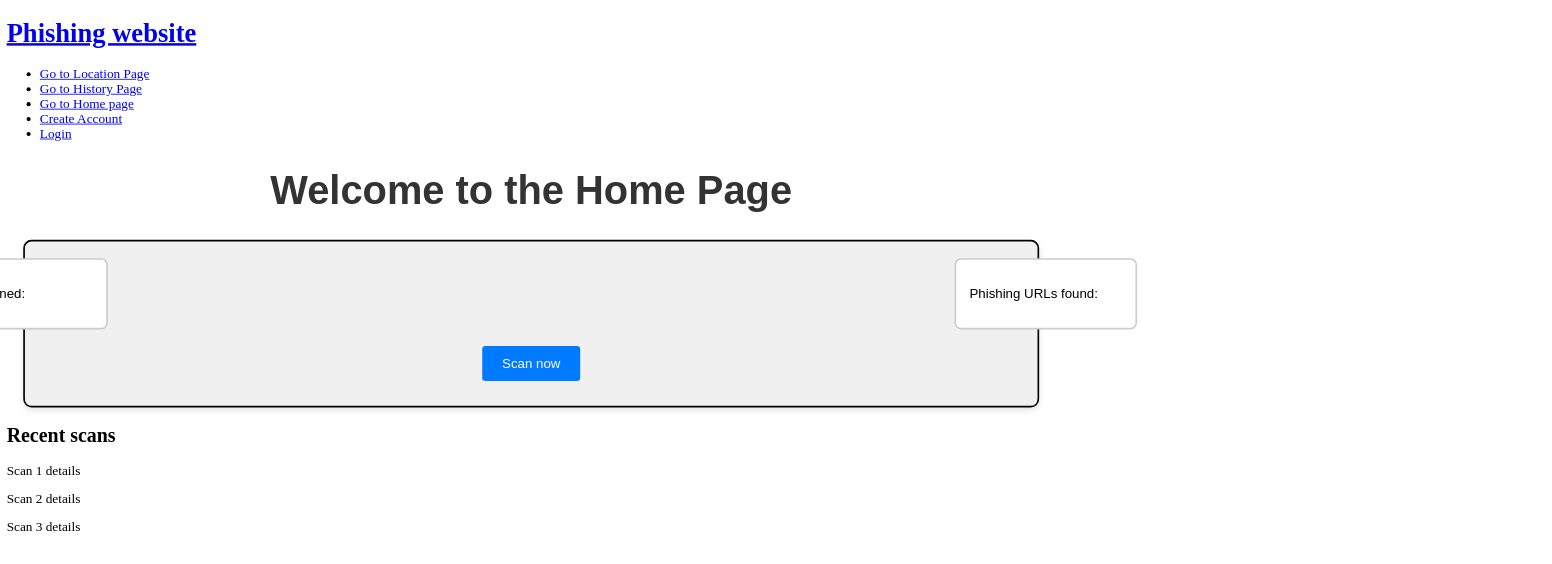
Repository: 2305199/Final-year-project
Page: / (app in frontend/)
These files come from the project's save history. The page is drawn as it stood at one moment and after the next save; the edit follows.
The browser window is 1280 px wide. The page is 1870 px wide, then 1470 px, so the pictures cover 1870 px, including what lies to the right of the window. The pictures show the whole page, at 83% of full size.
The project was rebuilt for these pictures with package versions that can differ from the ones it lists, and the page was loaded fresh each time. Also part of the build but not shown: frontend/vite.config.js, frontend/src/Location/Location.jsx, frontend/src/History/History.jsx, frontend/src/User/CreateAccount.jsx, frontend/src/User/Login.jsx.

Above is the page before, as saved 2026-01-29 01:24:43.

### frontend/src/App.jsx
import { BrowserRouter as Router, Routes, Route } from 'react-router-dom';
import Home from './Home/Home.jsx'
import Location from './Location/Location.jsx'
import History from './History/History.jsx'
import CreateAccount from './User/CreateAccount.jsx'
import Login from './User/Login.jsx'
import Header from './components/Header.jsx'

function App() {

  return (
    <Router>
    <Header />
   <Routes>
      <Route path="/" element={<Home />} />
      <Route path="/location" element={<Location />} />
      <Route path="/history" element={<History />} />
      <Route path="/createAccount" element={<CreateAccount />} />
      <Route path="/login" element={<Login />} />
   </Routes>
    </Router>
  )
}

export default App

### frontend/src/Home/Home.jsx
import styles from './Home.module.css'
function Home() {
    return ( <div>
        <div className={styles.title}> <h1>Welcome to the Home Page</h1></div>


<div className={styles.Box}>
  <div className={styles.topRow}>
    <div className={styles.Lscanned}>
      <p>Last Scanned:</p>
    </div>

    <div className={styles.Pfound}>
      <p>Phishing URLs found:</p>
    </div>
  </div>

  <button className={styles.scanButton}>Scan now</button>
</div>



    <div>
        <h2>Recent scans</h2>
        <div className={styles.recentScans}>
            <div className={styles.scanCard}><p>Scan 1 details</p></div>
            <div className={styles.scanCard}><p>Scan 2 details</p></div>
            <div className={styles.scanCard}><p>Scan 3 details</p></div>
        </div>
    </div>

    </div>)
}
export default Home

### frontend/src/components/Header.jsx
function Header() {
    return (<div>
    <h1> <a href="/">Phishing website </a></h1>
     <ul>
        <li><a href="/location">Go to Location Page</a></li>
        <li><a href="/history">Go to History Page</a></li>
        <li><a href="/">Go to Home page</a></li>
        <li><a href="/createAccount">Create Account</a></li>
        <li><a href="/login">Login</a></li>
    </ul>
    </div>)

}
export default Header

### frontend/src/Home/Home.module.css
.title{
    text-align: center;
    font-size: 1.5rem;
    margin-bottom: 20px;
    color: #333;
    font-family: 'Arial', sans-serif;
}
.Box{
    display: flex;
    flex-direction: column;
    align-items: center;
    justify-content: center;
   border: 2px solid black;
    padding: 20px;
    margin: 20px;
    background-color: #f0f0f0;
    border-radius: 10px;
    box-shadow: 0 4px 8px rgba(0, 0, 0, 0.1);

}
.container {
  display: grid;
  gap: 20px;
}

.Box {
  display: flex;
  flex-direction: column;
  align-items: center;
  gap: 20px;
}

.Lscanned,
.Pfound {
  border: 2px solid #ccc;
  padding: 16px;
  border-radius: 8px;
  background-color: #ffffff;
  font-family: 'Arial', sans-serif;
  width: 220px;
  box-sizing: border-box;
  margin-right: 500px;
  margin-left: 500px;
}

.scanButton {
  padding: 12px 24px;
  font-size: 16px;
  background-color: #007bff;
  color: #ffffff;
  border: none;
  border-radius: 4px;
  cursor: pointer;
  transition: background-color 0.3s ease;
  margin-bottom: 10px;
}
.topRow {
  display: flex;
  flex-direction: row; /* side by side */
  gap: 20px;
  align-items: center;
}

Loaded but not shown: frontend/index.html (common file); frontend/src/main.jsx (common file); frontend/src/index.css (no stored copy; drawn as an empty file)

After the next save:
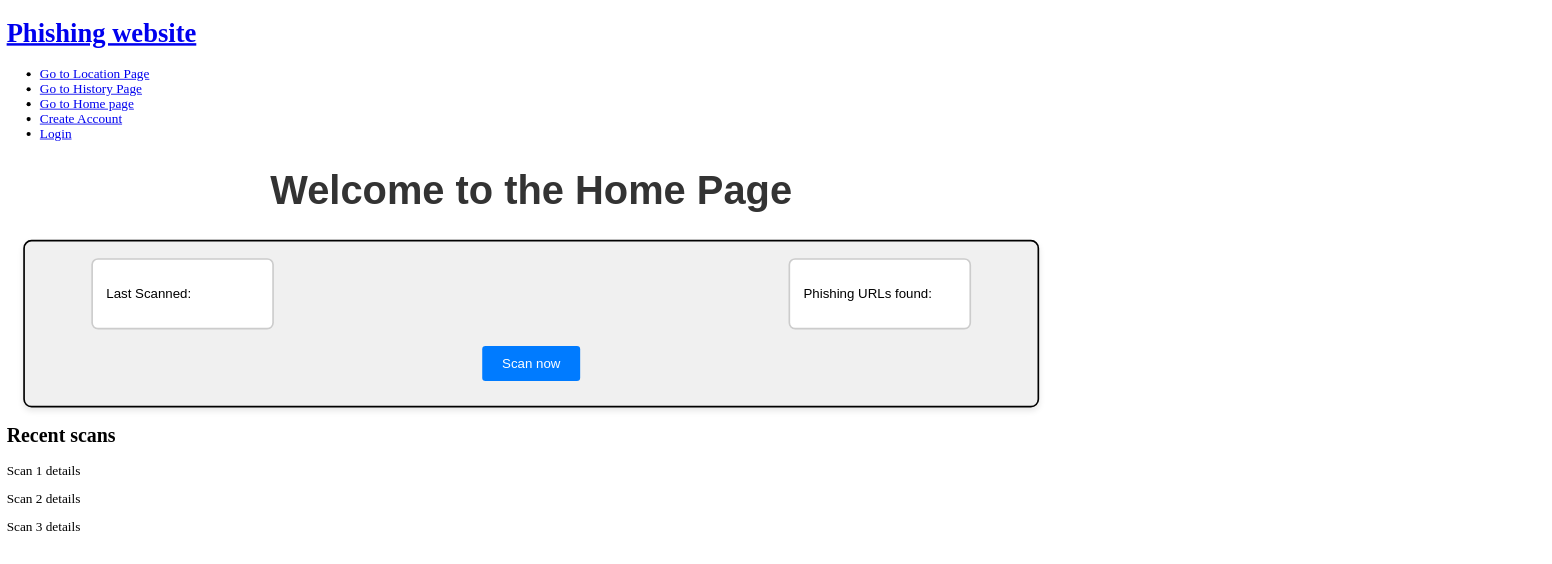
Saved 17 s later.
--- a/frontend/src/Home/Home.module.css
+++ b/frontend/src/Home/Home.module.css
@@ -39,8 +39,8 @@
   font-family: 'Arial', sans-serif;
   width: 220px;
   box-sizing: border-box;
-  margin-right: 500px;
-  margin-left: 500px;
+  margin-right: 300px;
+  margin-left: 300px;
 }
 
 .scanButton {
